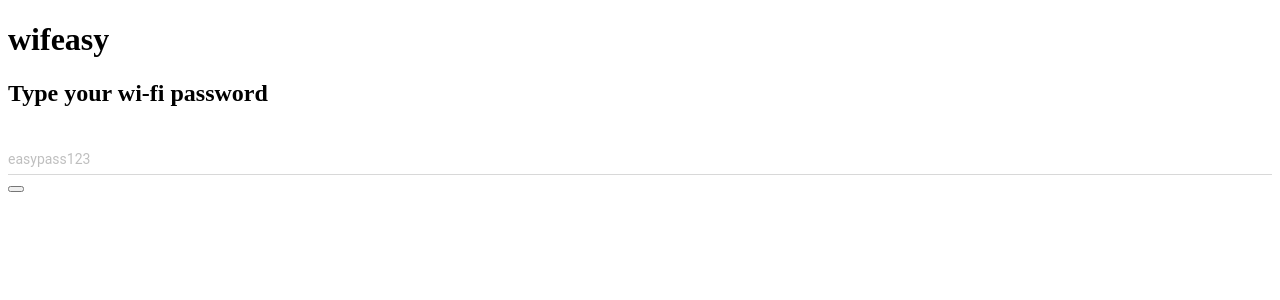
Repository: akagabi/wifeasy
Page: index.html
The author's editor kept a copy of each file at every save. The page is drawn from the files as they stood at one save, then again after the next save.
The browser window is 1280 px wide. The pictures show the whole page.

Above is the page before, as saved 2018-12-25 12:32:17.

### index.html
<!DOCTYPE html>
<html lang="en">
<head>
    <meta charset="UTF-8">
    <meta name="viewport" content="width=device-width, initial-scale=1.0">
    <meta http-equiv="X-UA-Compatible" content="ie=edge">
    <title>Wifeasy</title>
    <link rel="stylesheet" href="style.css">
    <script src="index.js"></script>
</head>
<body>
    <header class="header">
        <h1 class="header__title">
            wifeasy
        </h1>
    </header>
    <section class="steps">
        <article class="steps__container">
            <form class="form">
                <h2 class="steps__title">
                    Type your wi-fi password
                </h2>
                <label class="input__wrapper">
                    <div class="input__container">
                        <input type="text" class="input" placeholder="easypass123">
                        <div class="input__line"></div>
                        <span class="input__placeholder">
                            easypass123
                        </span>
                    </div>
                </label>
                <button type="button"></button>
            </form>
        </article>
        <article class="steps__container hidden">

        </article>
    </section>
</body>
</html>

### style.css
.input__wrapper {
    display: block;
}

  .input {
    font-family: "Roboto";
    background-color: transparent;
    border: 0;
    color: #333333;
    font-size: 16px;
    line-height: 1.13;
    margin-top: 23px;
    outline: none;
    margin-bottom: 5px;
    position: relative;
    transition: border 0.125s ease-in-out;
    width: 100%;
  }
  .input::placeholder {
    color: transparent;
  }

  .input:placeholder-shown + .input__line::after {
    width: 0;
  }

  .input:placeholder-shown ~ .input__placeholder {
    bottom: 8px;
    font-size: 14px;
    opacity: 0.25;
    transform: translateY(0);
  }

  .input__container {
    position: relative;
  }

  .input__line {
    background-color: rgba(102, 102, 102, 0.25);
    bottom: 0;
    height: 1px;
    left: 0;
    position: absolute;
    right: 0;
  }

  .input__line::after {
    background-color: #00a2b5;
    content: "";
    position: absolute;
    left: 0;
    height: 2px;
    bottom: 0;
    width: 100%;
    transition: width 0.325s ease-in-out;
  }

  .input__wrapper {
    display: block;
  }

  .input__placeholder {
    font-family: "Roboto";
    bottom: 100%;
    font-size: 12px;
    left: 0;
    position: absolute;
    opacity: 1;
    pointer-events: none;
    transform: translateY(100%);
    transition: all 0.125s ease-in-out;
  }

Loaded but not shown: index.js (no copy from this time; the picture is the same without it)

After the next save:
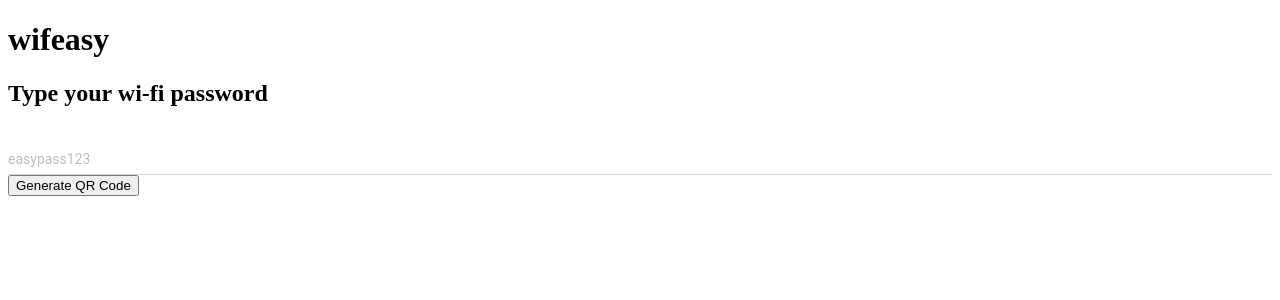
Saved 99 s later.
--- a/index.html
+++ b/index.html
@@ -29,7 +29,9 @@
                         </span>
                     </div>
                 </label>
-                <button type="button"></button>
+                <button type="button">
+                    Generate QR Code
+                </button>
             </form>
         </article>
         <article class="steps__container hidden">
